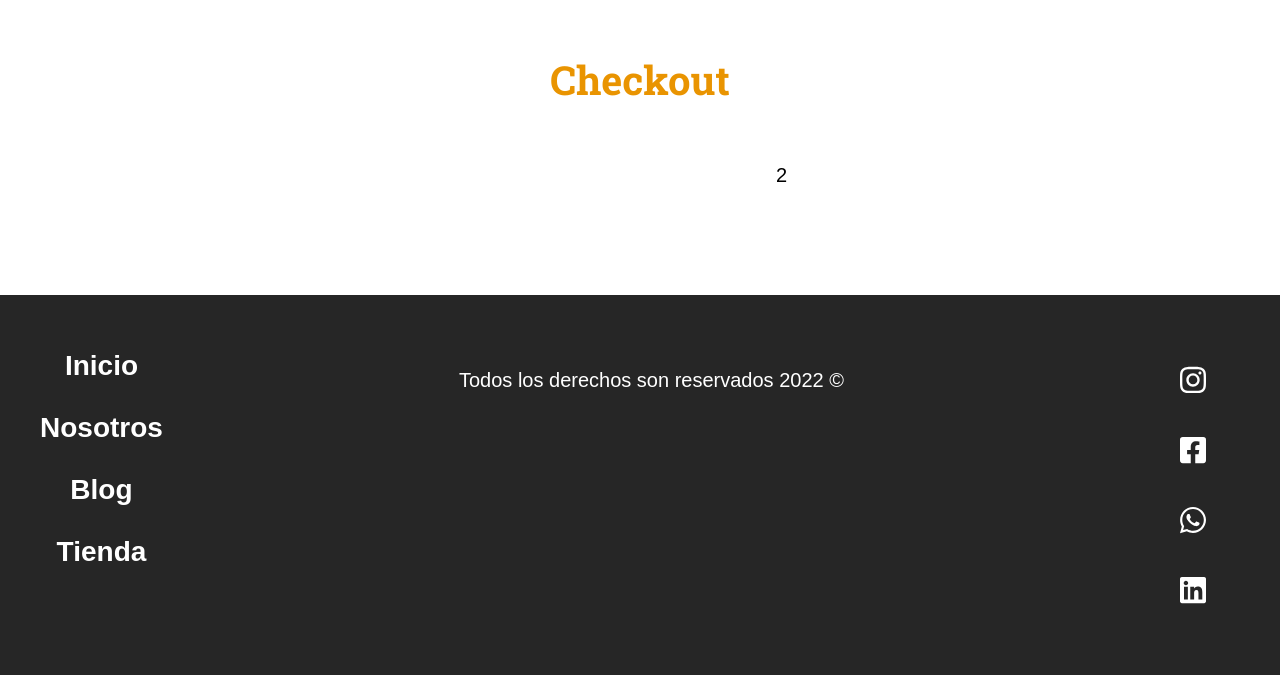
Repository: CarlosCamposRodriguez99/cv-beta-frontend
Page: /carrito
An editor plug-in stored every save of this project. The page is shown before and after the next save, followed by the edit.
The browser window is 1280 px wide. The pictures show the part of the page from y = 223 to 968 px (the page is 898 px tall before and 968 px after).
The project was rebuilt for these pictures with package versions that can differ from the ones it lists, and the page was loaded fresh each time. The framework's server and built-in components were replaced by stand-ins that run in the browser. Also part of the build but not shown: next.config.js.

Above is the page before, as saved 2022-02-28 17:16:21.

After the next save:
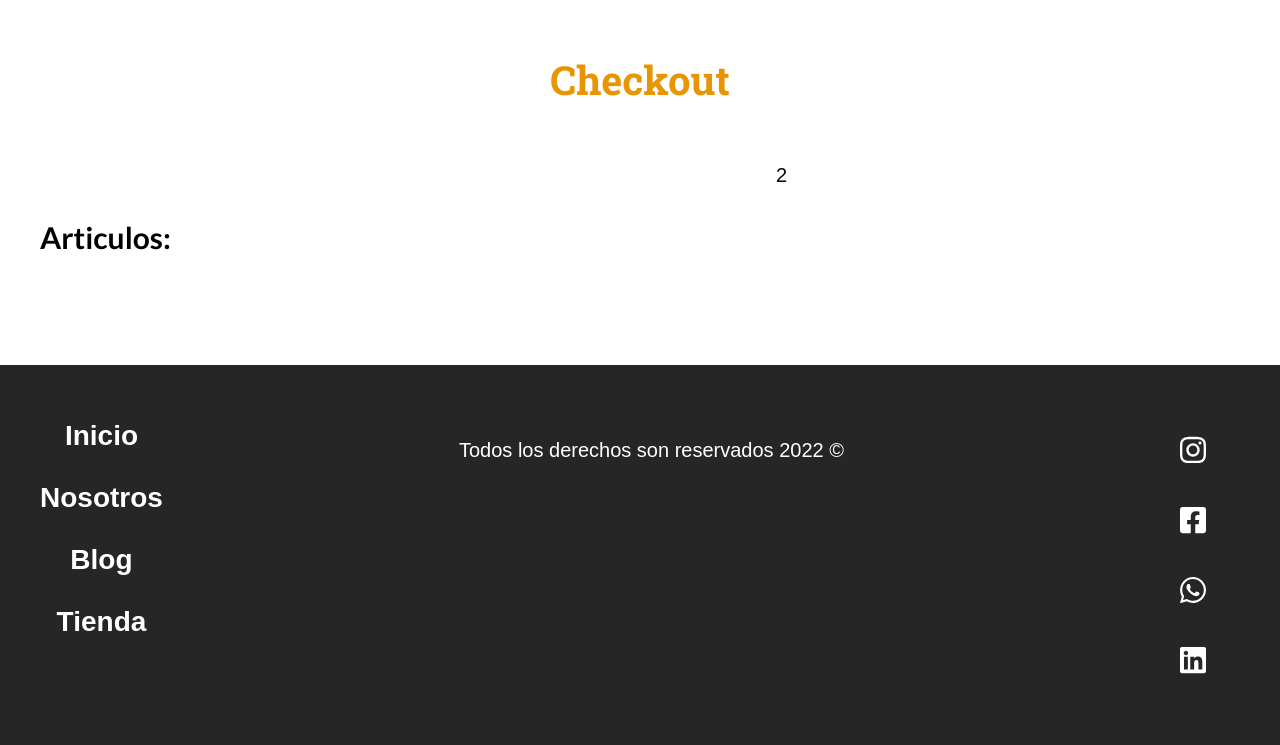
Saved 8 s later.
--- a/pages/carrito.js
+++ b/pages/carrito.js
@@ -9,7 +9,7 @@ const Carrito = ({carrito, actualizarCantidad, eliminarProducto}) => {
       <h1 className="heading">Checkout</h1>
       <main className={`${styles.contenido} contenedor`}>
         <div className={styles.carrito}>
-          <h2></h2>
+          <h2>Articulos:</h2>
           {carrito.lenght === 0 ? 'Carrito vacio' : (
             carrito.map( producto => (
               <div key={producto._id} className={styles.producto}>
